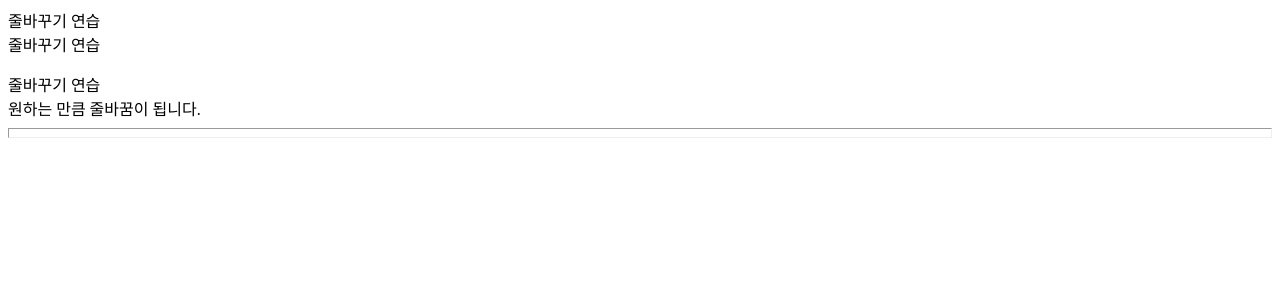
Repository: sungeunbyeol/Nowon-ezen-jsp
Page: test/WebContent/test02.html
An editor plug-in stored every save of this project. The page is shown before and after the next save, followed by the edit.
The browser window is 1280 px wide. The pictures show the whole page.

Above is the page before, as saved 2021-11-02 01:55:01.

After the next save:
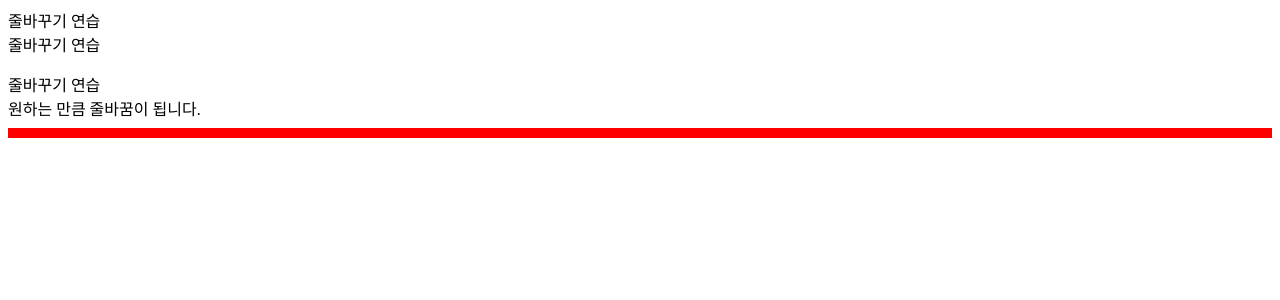
Saved 22 s later.
--- a/test/WebContent/test02.html
+++ b/test/WebContent/test02.html
@@ -9,6 +9,6 @@
 	<div>줄바꾸기 연습</div>
 	원하는 만큼 줄바꿈이 됩니다.
 
-	<hr size="10">
+	<hr size="10" color="red">
 </body>
 </html>
